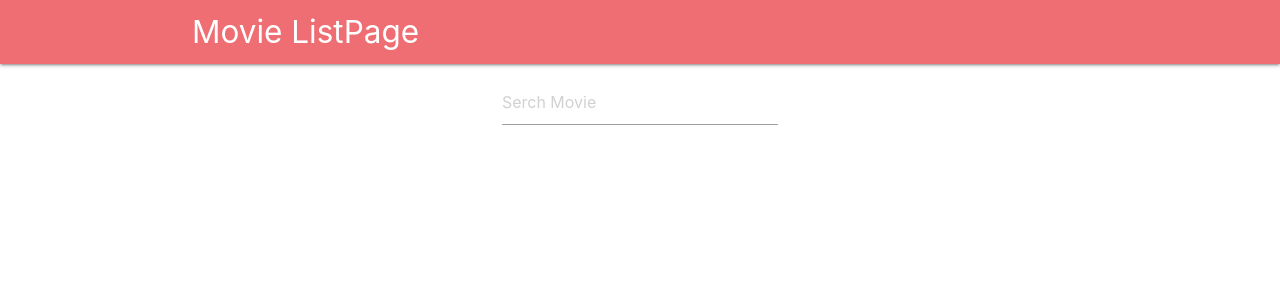
Repository: Reiya-1003/React-Ts-Node-App
Page: /
These files come from the project's save history. The page is drawn as it stood at one moment and after the next save; the edit follows.
The browser window is 1280 px wide. The pictures show the whole page.
The project was rebuilt for these pictures with package versions that can differ from the ones it lists, and the page was loaded fresh each time.

Above is the page before, as saved 2021-11-12 14:04:10.

### public/index.html
<!DOCTYPE html>
<html lang="en">
  <head>
    <meta charset="utf-8" />
    <link rel="icon" href="%PUBLIC_URL%/favicon.ico" />
    <meta name="viewport" content="width=device-width, initial-scale=1" />
    <meta name="theme-color" content="#000000" />
    <meta
      name="description"
      content="Web site created using create-react-app"
    />
    <link rel="apple-touch-icon" href="%PUBLIC_URL%/logo192.png" />
    <!--
      manifest.json provides metadata used when your web app is installed on a
      user's mobile device or desktop. See https://developers.google.com/web/fundamentals/web-app-manifest/
    -->
    <link rel="manifest" href="%PUBLIC_URL%/manifest.json" />
    <link
      rel="stylesheet"
      href="https://cdnjs.cloudflare.com/ajax/libs/materialize/1.0.0/css/materialize.min.css"
    />
    <!--
      Notice the use of %PUBLIC_URL% in the tags above.
      It will be replaced with the URL of the `public` folder during the build.
      Only files inside the `public` folder can be referenced from the HTML.

      Unlike "/favicon.ico" or "favicon.ico", "%PUBLIC_URL%/favicon.ico" will
      work correctly both with client-side routing and a non-root public URL.
      Learn how to configure a non-root public URL by running `npm run build`.
    -->
    <title>React App</title>
  </head>
  <body>
    <noscript>You need to enable JavaScript to run this app.</noscript>
    <div id="root"></div>
    <!--
      This HTML file is a template.
      If you open it directly in the browser, you will see an empty page.

      You can add webfonts, meta tags, or analytics to this file.
      The build step will place the bundled scripts into the <body> tag.

      To begin the development, run `npm start` or `yarn start`.
      To create a production bundle, use `npm run build` or `yarn build`.
    -->
  </body>
</html>

### src/index.tsx
import React from "react";
import ReactDOM from "react-dom";

import App from "./components/App";
import reportWebVitals from "./reportWebVitals";

ReactDOM.render(
  <React.StrictMode>
    <App />
  </React.StrictMode>,
  document.getElementById("root")
);

// If you want to start measuring performance in your app, pass a function
// to log results (for example: reportWebVitals(console.log))
// or send to an analytics endpoint. Learn more: https://bit.ly/CRA-vitals
reportWebVitals();

### src/components/App.tsx
import React, { createContext, useState } from "react";
import Nav from "./Nav";
import Seathbox from "./Searthbox";
import Movielist from "./MovieList";

export const MovieContext = createContext<any>([]);
export const SerchContext = createContext<any>("");

const App = () => {
  const [movies, setMovies] = useState<any>([]);
  const [searchTerm, setSearchterm] = useState<any>("");

  return (
    <div className="App">
      <MovieContext.Provider value={movies}>
        <SerchContext.Provider value={searchTerm}>
          <Nav />
          <Seathbox />
          <Movielist />
        </SerchContext.Provider>
      </MovieContext.Provider>
    </div>
  );
};

export default App;

### src/components/Nav.tsx
import React from "react";

const Nav = () => {
  return (
    <nav>
      <div className=".nav-wrapper container">
        <a href="" className="brand-logo">
          Movie ListPage
        </a>
      </div>
    </nav>
  );
};

export default Nav;

### src/components/Searthbox.tsx
import React, { useContext, useState } from "react";
import { MovieContext, SerchContext } from "./App";

type Props = {
  onClick: (event: React.MouseEvent<HTMLInputElement>) => void;
  onChange: (event: React.ChangeEvent<HTMLInputElement>) => void;
  onkeypress: (event: React.KeyboardEvent<HTMLInputElement>) => void;
  onBlur: (event: React.FocusEvent<HTMLInputElement>) => void;
  onFocus: (event: React.FocusEvent<HTMLInputElement>) => void;
  onSubmit: (event: React.FormEvent<HTMLFormElement>) => void;
  handleSubmit: React.FormEvent<HTMLFormElement>;
  onClickDiv: (event: React.MouseEvent<HTMLDivElement, MouseEvent>) => void;
};

const Searthbox = () => {
  let Movie = useContext(MovieContext);
  const Search = useContext(SerchContext);
  console.log(Movie);
  console.log(Search);
  const [movies, setMovies] = useState<any>({});
  const [searchTerm, setSearchterm] = useState<string>();

  const handleSubmit = (e: React.FormEvent<HTMLFormElement>) => {
    e.preventDefault();

    fetch(
      `https://api.themoviedb.org/3/search/movie?api_key=78eb03987f34d05d918381d81d8257fe&language=ja-JA&page=1&query=${searchTerm}`
    )
      .then((data) => data.json())
      .then((data) => {
        console.log(data);
        setMovies(data.results);
        console.log(movies);
        Movie.shift();
        Movie.push(movies);
      });
  };
  const handleChange = (e: string | any) => {
    const newSerch = e.target.value;
    setSearchterm(newSerch);
    console.log(searchTerm);
  };

  return (
    <div className="container">
      <div className="row">
        <section className="col s4 offset-s4">
          <form action="" onSubmit={handleSubmit}>
            <div className="input-field">
              <input
                placeholder="Serch Movie"
                type="text"
                onChange={handleChange}
              />
            </div>
          </form>
        </section>
      </div>
    </div>
  );
};

export default Searthbox;

### src/components/MovieList.tsx
import React, { useContext, useState } from "react";
import { MovieContext, SerchContext } from "./App";

const MovieList = () => {
  const Movie = useContext(MovieContext);
  const Search = useContext(SerchContext);
  console.log(Movie);
  console.log(Search);
  const [movies, setMovies] = useState<any>(Movie);
  console.log(movies);
  const [searchTerm, setSearchterm] = useState<string>(Search);

  const lists = () => {
    if (Movie === []) {
      <p>no data</p>;
    } else {
      Movie[0].map((list: any, i: any) => <p key={i}>{list.title}</p>);
    }
  };

  return (
    <div className="container">
      <div className="row">
        <div className="col s12">
          <div className="col s12 m6 l3">
            {lists}
            <div className="card">
              <div className="card-image waves-effect waves-block waveslight"></div>
            </div>
          </div>
        </div>
      </div>
    </div>
  );
};

export default MovieList;

Loaded but not shown: src/reportWebVitals.ts (common file)

After the next save:
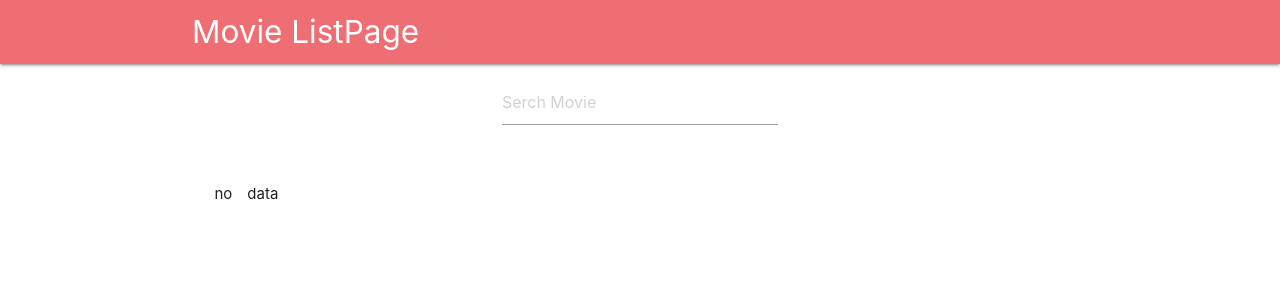
Saved 58 min 38 s later.
--- a/src/components/MovieList.tsx
+++ b/src/components/MovieList.tsx
@@ -24,6 +24,7 @@
         <div className="col s12">
           <div className="col s12 m6 l3">
             {lists}
+            <p>no　data</p>
             <div className="card">
               <div className="card-image waves-effect waves-block waveslight"></div>
             </div>

After the save that followed:
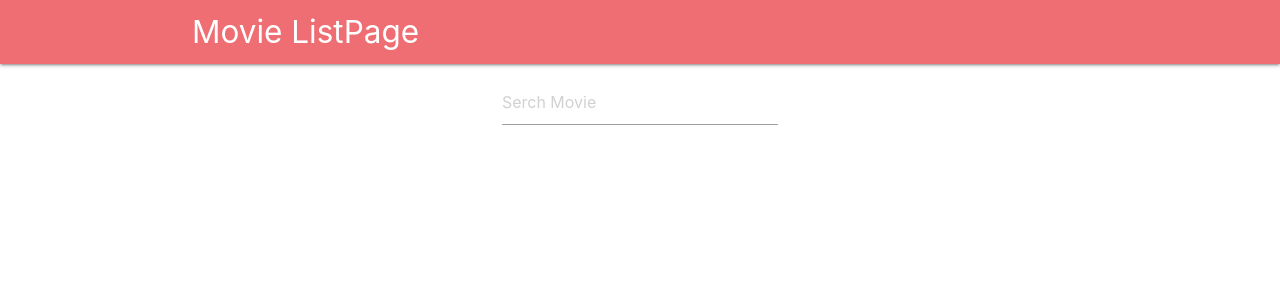
Saved 9 s later.
--- a/src/components/MovieList.tsx
+++ b/src/components/MovieList.tsx
@@ -24,7 +24,7 @@
         <div className="col s12">
           <div className="col s12 m6 l3">
             {lists}
-            <p>no　data</p>
+
             <div className="card">
               <div className="card-image waves-effect waves-block waveslight"></div>
             </div>
